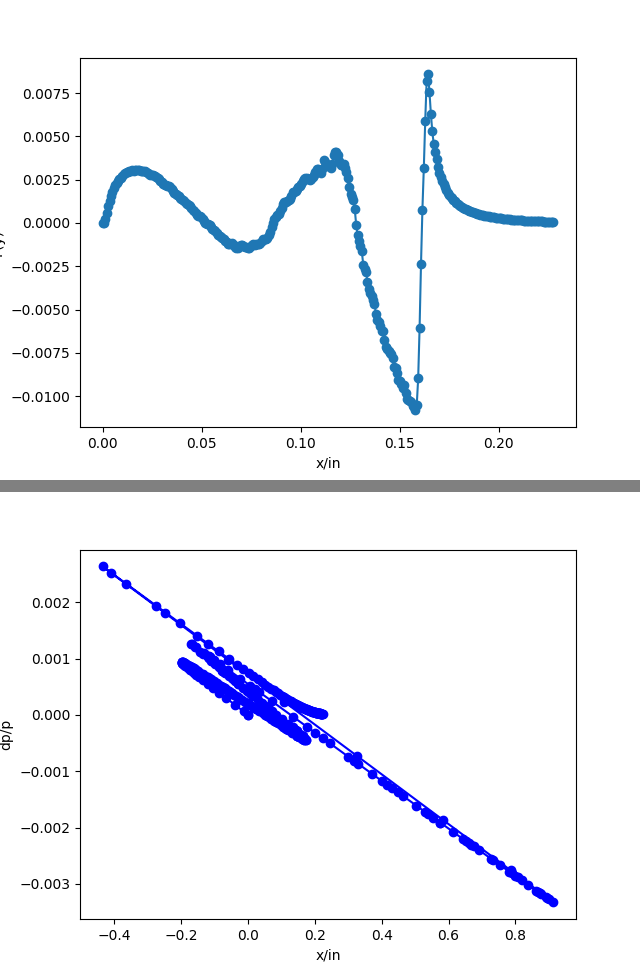
Repository: leiradom/Modified-linear-theory
Script's output: python Ffunction.py
The author's editor kept a copy of each file at every save. The script's output is drawn from the files as they stood at one save, then again after the next save.
Each picture stacks the figures in order, with grey between them; figures that are only written to a file come last. Random numbers start from a fixed seed.

Above is the script's output before, as saved 2021-04-18 19:24:00.

After the next save:
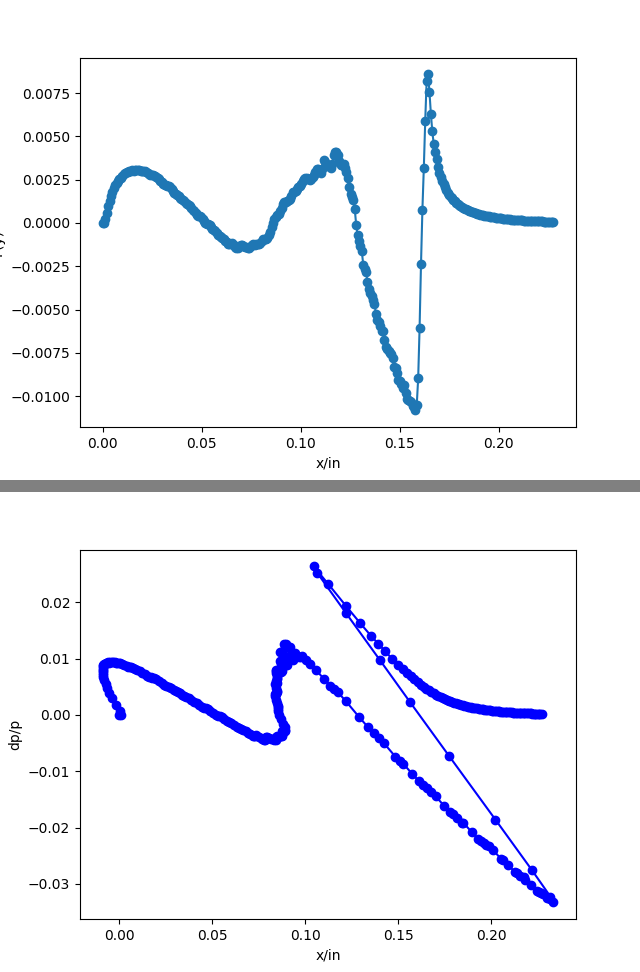
Saved 63 s later.
--- a/Ffunction.py
+++ b/Ffunction.py
@@ -12,7 +12,7 @@ P0 = 101325                 #输入大气静压
 gama = 1.4                  #比热比
 B = math.sqrt(M * M - 1)    #修正因子
 k = (1 / math.sqrt(2)) * (gama + 1) * M**4 * B**(-1.5)   #特征性系数k
-r0 = 62.99                      #r0为计算的位置  DWB为63.072  model1为20 2、3为10
+r0 = 0.6299                      #r0为计算的位置  DWB为63.072  model1为20 2、3为10
 con = (gama * M**2)/(math.sqrt(2 * B * r0))   #最后用来求压力的
 
 volume = np.loadtxt("se.txt",dtype=np.float64)   #存放体积分布的数据文件
